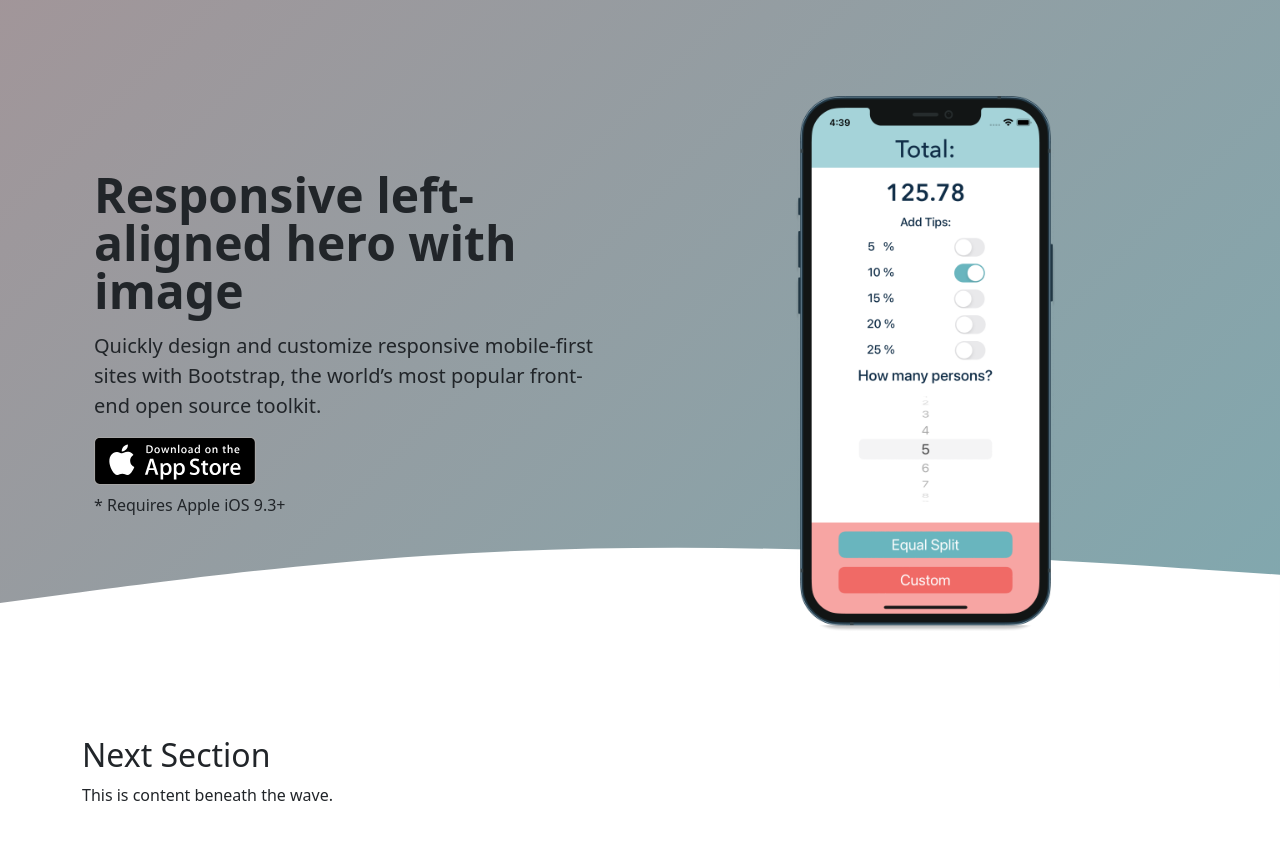
Repository: lyutok/iOS
Page: Billequal_landpage/index.html
These files come from the project's save history. The page is drawn as it stood at one moment and after the next save; the edit follows.
The browser window is 1280 px wide. The pictures show the whole page.

Above is the page before, as saved 2025-10-16 17:19:52.

After the next save:
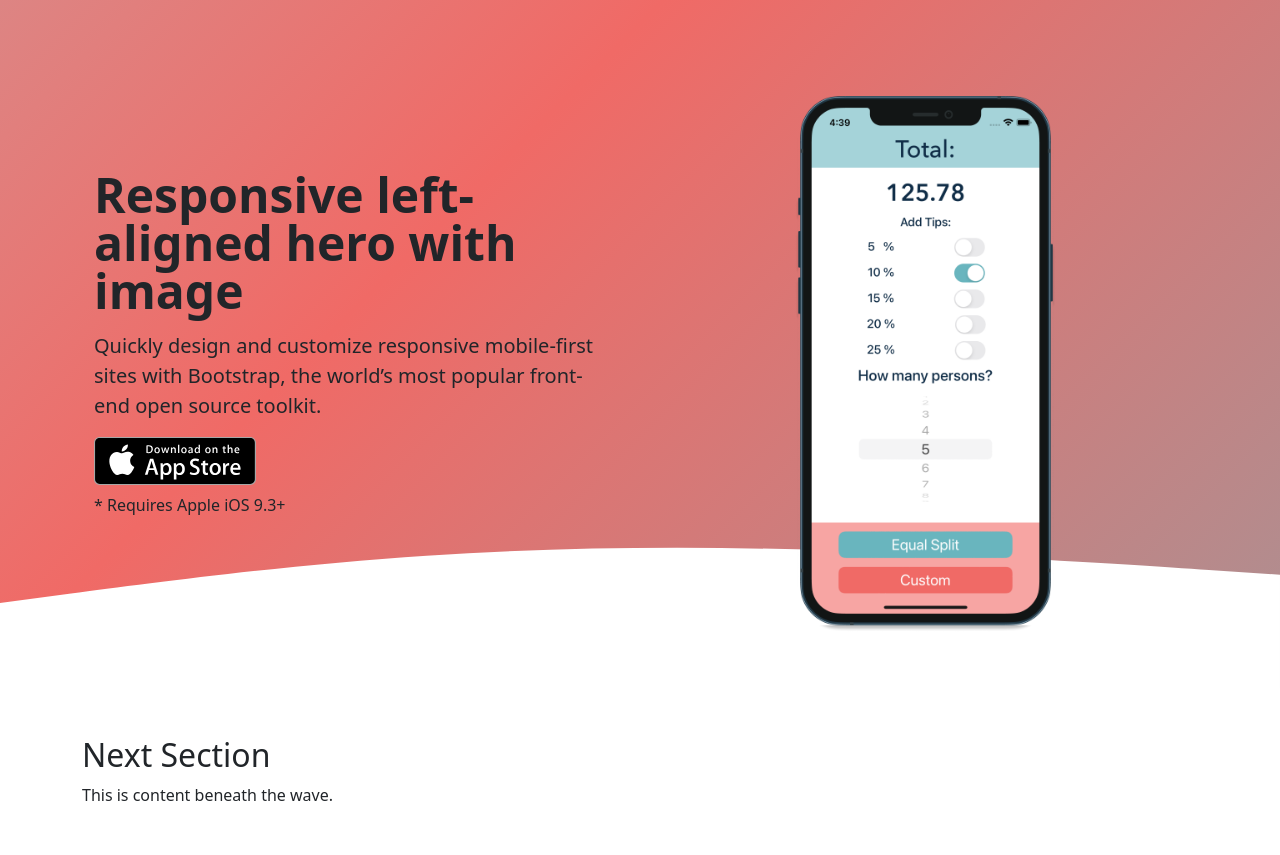
Saved 35 s later.
--- a/Billequal_landpage/css/style.css
+++ b/Billequal_landpage/css/style.css
@@ -1,5 +1,5 @@
 .gradient-background {
-	background: linear-gradient(-45deg, #69B5BE, #F06A66);
+	background: linear-gradient(-45deg, #69B5BE, #F06A66, #A5D3D9, #F7A5A3);
 	background-size: 400% 400%;
 	animation: gradient 15s ease infinite;
 }
